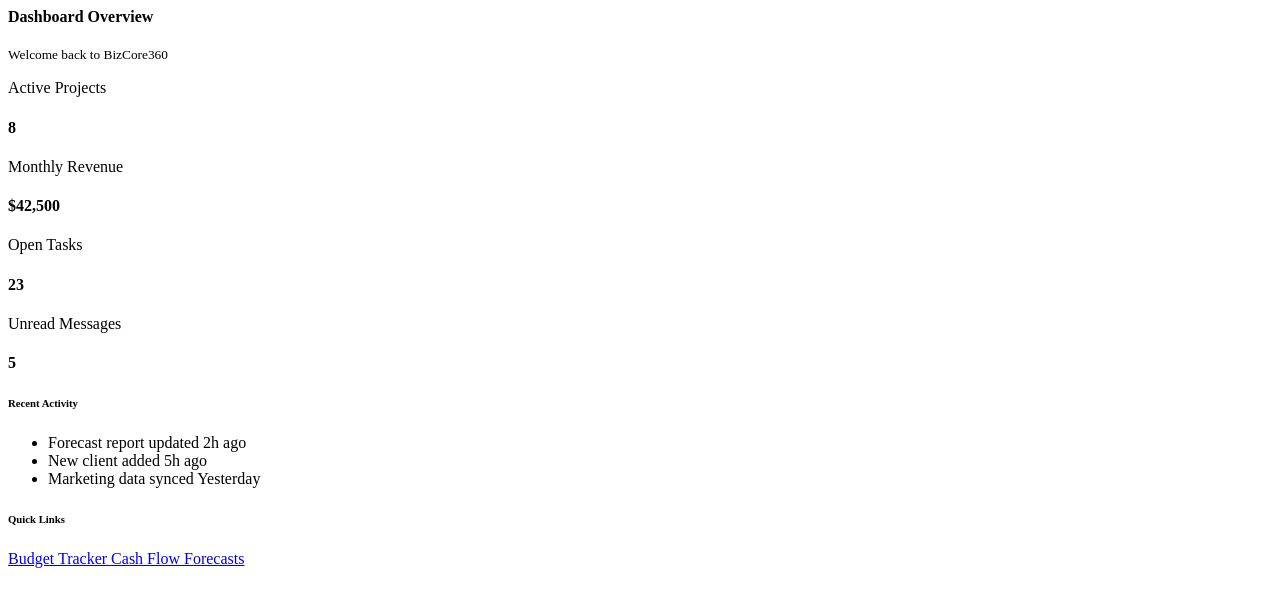
Repository: tonym642/bizcore360-wp
Page: pages/dashboard.html
These files come from the project's save history. The page is drawn as it stood at one moment and after the next save; the edit follows.
The browser window is 1280 px wide. The pictures show the whole page.

Above is the page before, as saved 2025-10-22 16:23:55.

### pages/dashboard.html
<div class="container-fluid p-4">
  <div class="d-flex align-items-center justify-content-between mb-4">
    <h4 class="fw-semibold text-primary mb-0">Dashboard Overview</h4>
    <small class="text-muted">Welcome back to BizCore360</small>
  </div>

  <!-- Summary Cards -->
  <div class="row g-3 mb-4">
    <div class="col-md-3">
      <div class="card shadow-sm border-0 rounded-3">
        <div class="card-body">
          <div class="d-flex align-items-center justify-content-between">
            <div>
              <p class="mb-1 text-muted small">Active Projects</p>
              <h4 class="fw-bold mb-0">8</h4>
            </div>
            <i class="bi bi-kanban fs-2 text-primary"></i>
          </div>
        </div>
      </div>
    </div>

    <div class="col-md-3">
      <div class="card shadow-sm border-0 rounded-3">
        <div class="card-body">
          <div class="d-flex align-items-center justify-content-between">
            <div>
              <p class="mb-1 text-muted small">Monthly Revenue</p>
              <h4 class="fw-bold mb-0">$42,500</h4>
            </div>
            <i class="bi bi-currency-dollar fs-2 text-success"></i>
          </div>
        </div>
      </div>
    </div>

    <div class="col-md-3">
      <div class="card shadow-sm border-0 rounded-3">
        <div class="card-body">
          <div class="d-flex align-items-center justify-content-between">
            <div>
              <p class="mb-1 text-muted small">Open Tasks</p>
              <h4 class="fw-bold mb-0">23</h4>
            </div>
            <i class="bi bi-list-check fs-2 text-warning"></i>
          </div>
        </div>
      </div>
    </div>

    <div class="col-md-3">
      <div class="card shadow-sm border-0 rounded-3">
        <div class="card-body">
          <div class="d-flex align-items-center justify-content-between">
            <div>
              <p class="mb-1 text-muted small">Unread Messages</p>
              <h4 class="fw-bold mb-0">5</h4>
            </div>
            <i class="bi bi-chat-dots fs-2 text-info"></i>
          </div>
        </div>
      </div>
    </div>
  </div>

  <!-- Activity and Analytics -->
  <div class="row g-4">
    <div class="col-lg-8">
      <div class="card shadow-sm border-0 rounded-3">
        <div class="card-body">
          <h6 class="fw-semibold mb-3">Recent Activity</h6>
          <ul class="list-group list-group-flush small">
            <li class="list-group-item px-0 border-0 d-flex justify-content-between">
              <span><i class="bi bi-check-circle text-success me-2"></i>Forecast report updated</span>
              <span class="text-muted">2h ago</span>
            </li>
            <li class="list-group-item px-0 border-0 d-flex justify-content-between">
              <span><i class="bi bi-person-plus text-primary me-2"></i>New client added</span>
              <span class="text-muted">5h ago</span>
            </li>
            <li class="list-group-item px-0 border-0 d-flex justify-content-between">
              <span><i class="bi bi-graph-up text-warning me-2"></i>Marketing data synced</span>
              <span class="text-muted">Yesterday</span>
            </li>
          </ul>
        </div>
      </div>
    </div>

    <div class="col-lg-4">
      <div class="card shadow-sm border-0 rounded-3">
        <div class="card-body">
          <h6 class="fw-semibold mb-3">Quick Links</h6>
          <div class="d-grid gap-2">
            <a href="#" data-page="budget.html" class="btn btn-outline-primary d-flex align-items-center justify-content-center gap-2">
              <i class="bi bi-wallet2"></i> Budget Tracker
            </a>
            <a href="#" data-page="cash-flow.html" class="btn btn-outline-primary d-flex align-items-center justify-content-center gap-2">
              <i class="bi bi-cash-coin"></i> Cash Flow
            </a>
            <a href="#" data-page="forecasts.html" class="btn btn-outline-primary d-flex align-items-center justify-content-center gap-2">
              <i class="bi bi-graph-up-arrow"></i> Forecasts
            </a>
          </div>
        </div>
      </div>
    </div>
  </div>
</div>

<!-- Optional script for charts or widgets -->
<script>
console.log("📊 Dashboard loaded successfully");
</script>

After the next save:
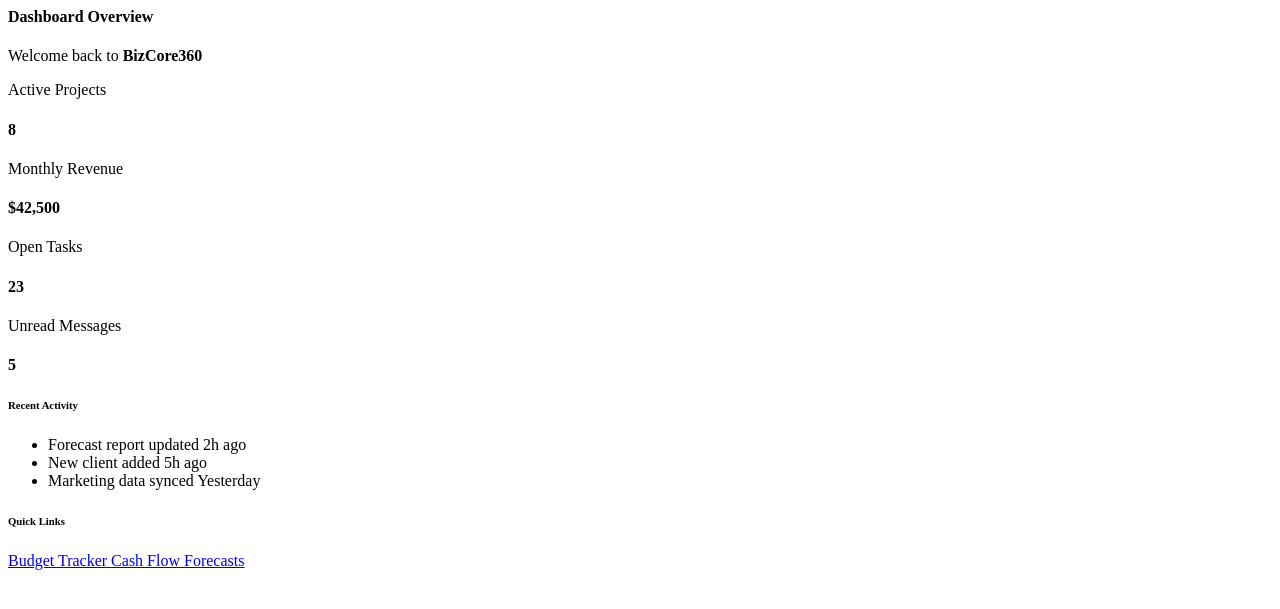
Saved 2 min 42 s later.
--- a/pages/dashboard.html
+++ b/pages/dashboard.html
@@ -1,17 +1,18 @@
-<div class="container-fluid p-4">
+<div class="container-fluid py-4">
+  <!-- Header -->
   <div class="d-flex align-items-center justify-content-between mb-4">
     <h4 class="fw-semibold text-primary mb-0">Dashboard Overview</h4>
-    <small class="text-muted">Welcome back to BizCore360</small>
+    <span class="text-muted small">Welcome back to <strong>BizCore360</strong></span>
   </div>
 
   <!-- Summary Cards -->
   <div class="row g-3 mb-4">
-    <div class="col-md-3">
-      <div class="card shadow-sm border-0 rounded-3">
+    <div class="col-6 col-md-3">
+      <div class="card border-0 shadow-sm rounded-4 h-100">
         <div class="card-body">
-          <div class="d-flex align-items-center justify-content-between">
+          <div class="d-flex justify-content-between align-items-center">
             <div>
-              <p class="mb-1 text-muted small">Active Projects</p>
+              <p class="text-muted mb-1 small">Active Projects</p>
               <h4 class="fw-bold mb-0">8</h4>
             </div>
             <i class="bi bi-kanban fs-2 text-primary"></i>
@@ -20,13 +21,13 @@
       </div>
     </div>
 
-    <div class="col-md-3">
-      <div class="card shadow-sm border-0 rounded-3">
+    <div class="col-6 col-md-3">
+      <div class="card border-0 shadow-sm rounded-4 h-100">
         <div class="card-body">
-          <div class="d-flex align-items-center justify-content-between">
+          <div class="d-flex justify-content-between align-items-center">
             <div>
-              <p class="mb-1 text-muted small">Monthly Revenue</p>
-              <h4 class="fw-bold mb-0">$42,500</h4>
+              <p class="text-muted mb-1 small">Monthly Revenue</p>
+              <h4 class="fw-bold mb-0 text-dark">$42,500</h4>
             </div>
             <i class="bi bi-currency-dollar fs-2 text-success"></i>
           </div>
@@ -34,26 +35,26 @@
       </div>
     </div>
 
-    <div class="col-md-3">
-      <div class="card shadow-sm border-0 rounded-3">
+    <div class="col-6 col-md-3">
+      <div class="card border-0 shadow-sm rounded-4 h-100">
         <div class="card-body">
-          <div class="d-flex align-items-center justify-content-between">
+          <div class="d-flex justify-content-between align-items-center">
             <div>
-              <p class="mb-1 text-muted small">Open Tasks</p>
+              <p class="text-muted mb-1 small">Open Tasks</p>
               <h4 class="fw-bold mb-0">23</h4>
             </div>
-            <i class="bi bi-list-check fs-2 text-warning"></i>
+            <i class="bi bi-list-task fs-2 text-warning"></i>
           </div>
         </div>
       </div>
     </div>
 
-    <div class="col-md-3">
-      <div class="card shadow-sm border-0 rounded-3">
+    <div class="col-6 col-md-3">
+      <div class="card border-0 shadow-sm rounded-4 h-100">
         <div class="card-body">
-          <div class="d-flex align-items-center justify-content-between">
+          <div class="d-flex justify-content-between align-items-center">
             <div>
-              <p class="mb-1 text-muted small">Unread Messages</p>
+              <p class="text-muted mb-1 small">Unread Messages</p>
               <h4 class="fw-bold mb-0">5</h4>
             </div>
             <i class="bi bi-chat-dots fs-2 text-info"></i>
@@ -63,22 +64,23 @@
     </div>
   </div>
 
-  <!-- Activity and Analytics -->
+  <!-- Activity + Quick Links -->
   <div class="row g-4">
+    <!-- Recent Activity -->
     <div class="col-lg-8">
-      <div class="card shadow-sm border-0 rounded-3">
+      <div class="card border-0 shadow-sm rounded-4">
         <div class="card-body">
-          <h6 class="fw-semibold mb-3">Recent Activity</h6>
-          <ul class="list-group list-group-flush small">
-            <li class="list-group-item px-0 border-0 d-flex justify-content-between">
+          <h6 class="fw-semibold mb-3 text-dark">Recent Activity</h6>
+          <ul class="list-unstyled small mb-0">
+            <li class="d-flex justify-content-between py-2 border-bottom">
               <span><i class="bi bi-check-circle text-success me-2"></i>Forecast report updated</span>
               <span class="text-muted">2h ago</span>
             </li>
-            <li class="list-group-item px-0 border-0 d-flex justify-content-between">
+            <li class="d-flex justify-content-between py-2 border-bottom">
               <span><i class="bi bi-person-plus text-primary me-2"></i>New client added</span>
               <span class="text-muted">5h ago</span>
             </li>
-            <li class="list-group-item px-0 border-0 d-flex justify-content-between">
+            <li class="d-flex justify-content-between py-2">
               <span><i class="bi bi-graph-up text-warning me-2"></i>Marketing data synced</span>
               <span class="text-muted">Yesterday</span>
             </li>
@@ -87,18 +89,19 @@
       </div>
     </div>
 
+    <!-- Quick Links -->
     <div class="col-lg-4">
-      <div class="card shadow-sm border-0 rounded-3">
+      <div class="card border-0 shadow-sm rounded-4">
         <div class="card-body">
-          <h6 class="fw-semibold mb-3">Quick Links</h6>
+          <h6 class="fw-semibold mb-3 text-dark">Quick Links</h6>
           <div class="d-grid gap-2">
-            <a href="#" data-page="budget.html" class="btn btn-outline-primary d-flex align-items-center justify-content-center gap-2">
+            <a href="#" data-page="budget.html" class="btn btn-outline-primary rounded-pill d-flex align-items-center justify-content-center gap-2">
               <i class="bi bi-wallet2"></i> Budget Tracker
             </a>
-            <a href="#" data-page="cash-flow.html" class="btn btn-outline-primary d-flex align-items-center justify-content-center gap-2">
+            <a href="#" data-page="cash-flow.html" class="btn btn-outline-primary rounded-pill d-flex align-items-center justify-content-center gap-2">
               <i class="bi bi-cash-coin"></i> Cash Flow
             </a>
-            <a href="#" data-page="forecasts.html" class="btn btn-outline-primary d-flex align-items-center justify-content-center gap-2">
+            <a href="#" data-page="forecasts.html" class="btn btn-outline-primary rounded-pill d-flex align-items-center justify-content-center gap-2">
               <i class="bi bi-graph-up-arrow"></i> Forecasts
             </a>
           </div>
@@ -108,7 +111,16 @@
   </div>
 </div>
 
-<!-- Optional script for charts or widgets -->
+<style>
+.card {
+  transition: all 0.2s ease-in-out;
+}
+.card:hover {
+  transform: translateY(-2px);
+  box-shadow: 0 0.5rem 1rem rgba(0,0,0,0.07)!important;
+}
+</style>
+
 <script>
-console.log("📊 Dashboard loaded successfully");
+console.log("📊 Clean dashboard loaded successfully");
 </script>
